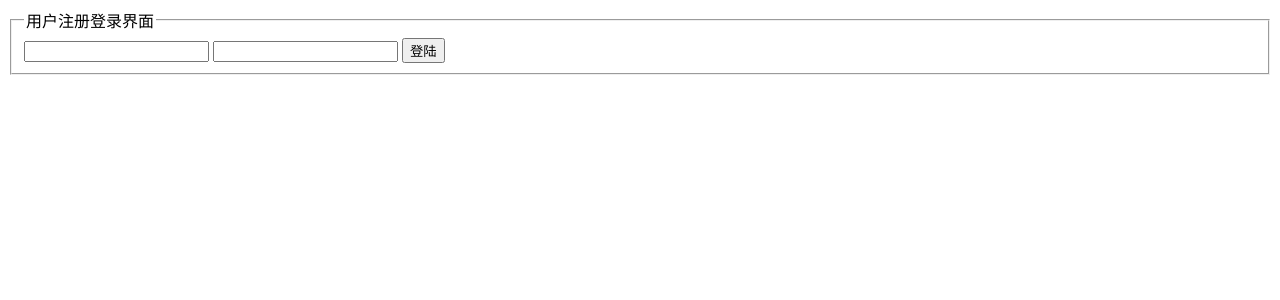
Repository: 420112677/SpringMVC
Page: http://localhost/SpringMVCTeset/login.jsp
These files come from the project's save history. The page is drawn as it stood at one moment and after the next save; the edit follows.
The browser window is 1280 px wide. The pictures show the whole page.
The page is served by Tomcat 9. Other server files are loaded and not shown.

Above is the page before, as saved 2019-02-14 13:35:06.

### SpringMVCTeset/src/main/webapp/login.jsp
<%@ page language="java" contentType="text/html; charset=utf-8"
    pageEncoding="utf-8"%>
<!DOCTYPE html PUBLIC "-//W3C//DTD HTML 4.01 Transitional//EN" "http://www.w3.org/TR/html4/loose.dtd">
<html>
<head>
<meta http-equiv="Content-Type" content="text/html; charset=utf-8">
<title>Insert title here</title>
</head>
<body>
	<fieldset>
		<legend>用户注册登录界面</legend>
		<form action="/login" method="post">
			<input name="id" type="text"></input>
			<input name="password" type="password"></input>
			<button>登陆</button>
		</form>
	</fieldset>
</body>
</html>

After the next save:
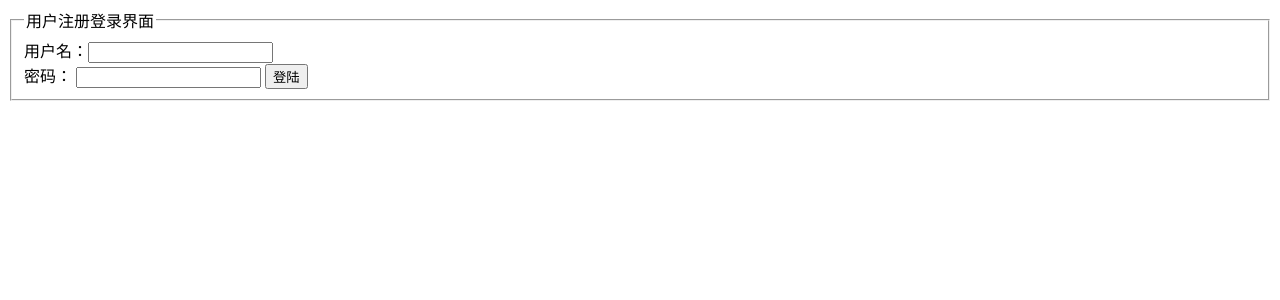
Saved 14 s later.
--- a/SpringMVCTeset/src/main/webapp/login.jsp
+++ b/SpringMVCTeset/src/main/webapp/login.jsp
@@ -9,9 +9,9 @@
 <body>
 	<fieldset>
 		<legend>用户注册登录界面</legend>
-		<form action="/login" method="post">
-			<input name="id" type="text"></input>
-			<input name="password" type="password"></input>
+		<form action="login" method="post">
+			用户名：<input name="id" type="text"></input><br>
+			密码：    <input name="password" type="password"></input>
 			<button>登陆</button>
 		</form>
 	</fieldset>
